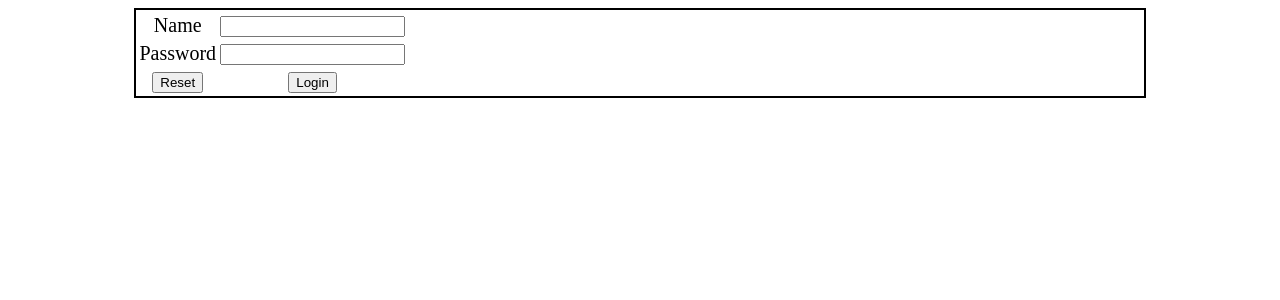
Repository: jks2127/SMS-webApp
Page: sms 1.2/WebContent/index.html
The author's editor kept a copy of each file at every save. The page is drawn from the files as they stood at one save, then again after the next save.
The browser window is 1280 px wide. The pictures show the whole page.

Above is the page before, as saved 2021-06-11 11:59:45.

### sms 1.2/WebContent/index.html
<!DOCTYPE html>
<html>
<head>
	<meta charset="ISO-8859-1">
	<title>Student Management System</title>

	<style>
		.container{
		margin-left:10%;
		margin-right:10%;
		text-align:center;
		border:2px solid black;
		}

		#body form{
		font-size:20px;
		text-align: center;
		}
	</style>
</head>

<body id="body">
<div class="container">
	<form action="Login" method="POST">
		<table>
			<tr>
				<td> Name </td>
				<td><input type="text" name="user_name"></td>
			</tr>
			<tr>
				<td>Password</td>
				<td><input type="password" name="user_pswd"></td>
			</tr>
			<tr>
				<td><button type="reset">Reset</button></td>
				<td><button type="submit">Login</button></td>
			</tr>
		</table>

	</form>
</div>
</body>
</html>

After the next save:
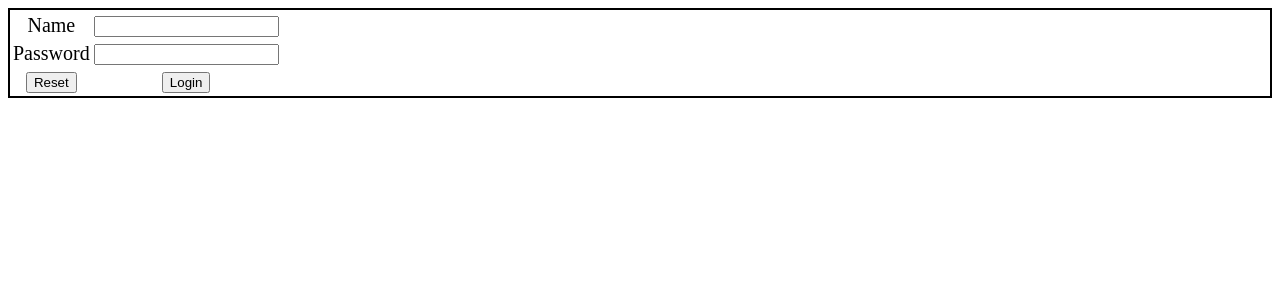
Saved 23 s later.
--- a/sms 1.2/WebContent/index.html
+++ b/sms 1.2/WebContent/index.html
@@ -6,8 +6,7 @@
 
 	<style>
 		.container{
-		margin-left:10%;
-		margin-right:10%;
+
 		text-align:center;
 		border:2px solid black;
 		}
